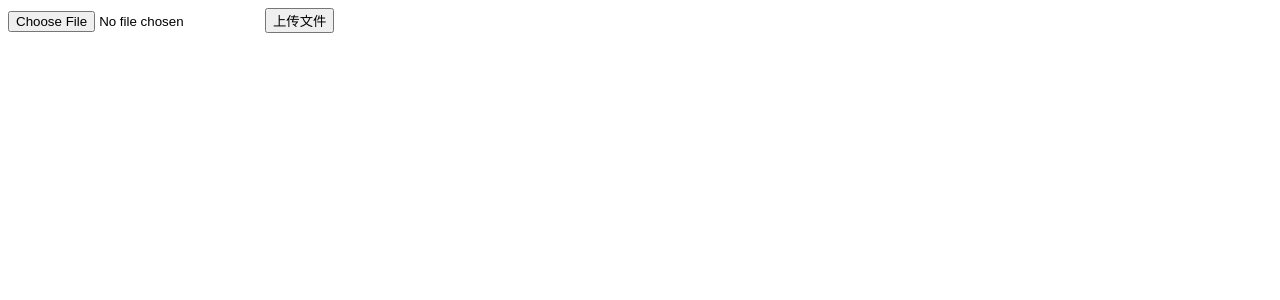
Repository: R1Deemo/ajax
Page: 计算文件的上传进度.html
These files come from the project's save history. The page is drawn as it stood at one moment and after the next save; the edit follows.
The browser window is 1280 px wide. The pictures show the whole page.

Above is the page before, as saved 2022-10-27 11:27:06.

After the next save:
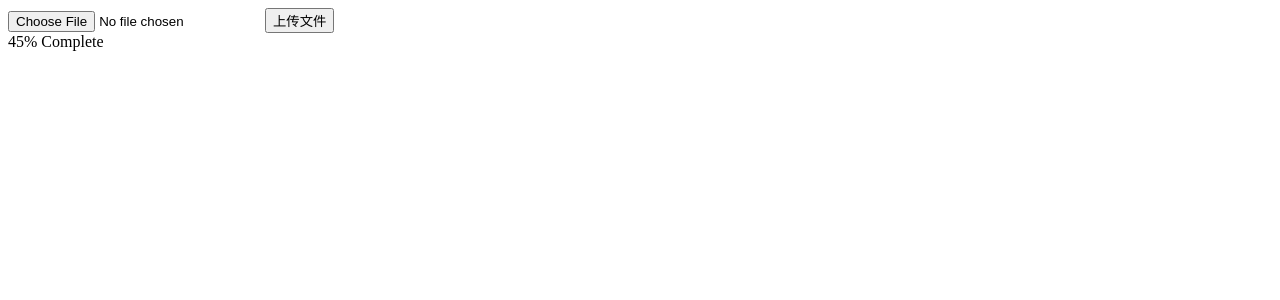
Saved 4 min 31 s later.
--- a/计算文件的上传进度.html
+++ b/计算文件的上传进度.html
@@ -11,6 +11,11 @@
 <body>
     <input type="file" id="file1" />
     <button id="btnUpload">上传文件</button>
+    <div class="progress">
+        <div class="progress-bar progress-bar-striped active" role="progressbar" aria-valuenow="45" aria-valuemin="0" aria-valuemax="100" style="width: 45%">
+            <span class="sr-only">45% Complete</span>
+        </div>
+    </div>
     <br/>
     <img src="" alt="" id="img" width="800">
 </body>
